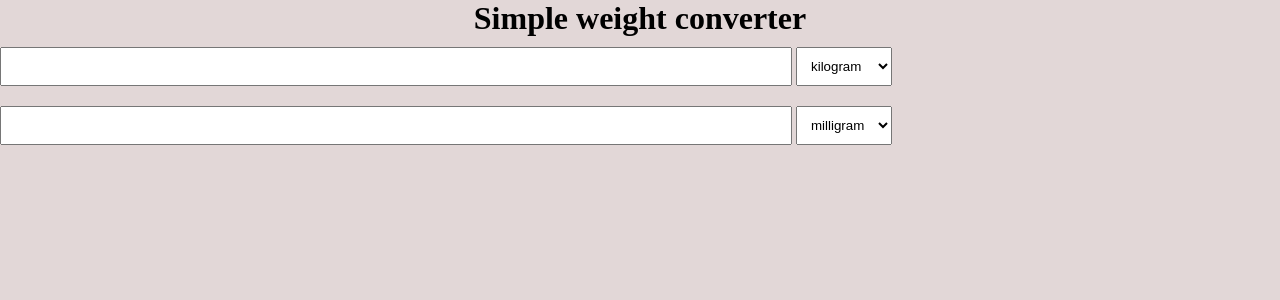
Repository: Eugene44-hub/weight-converter
Page: index.html
The author's editor kept a copy of each file at every save. The page is drawn from the files as they stood at one save, then again after the next save.
The browser window is 1280 px wide. The pictures show the whole page.

Above is the page before, as saved 2021-09-20 04:44:31.

After the next save:
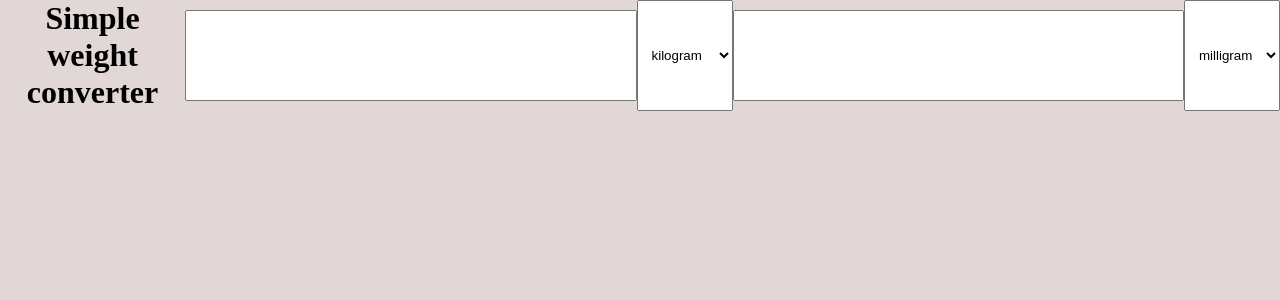
Saved 25 s later.
--- a/style.css
+++ b/style.css
@@ -20,3 +20,7 @@ h1 {
 select {
     padding: 10px;
 }
+
+.converter {
+    display: flex;
+}
